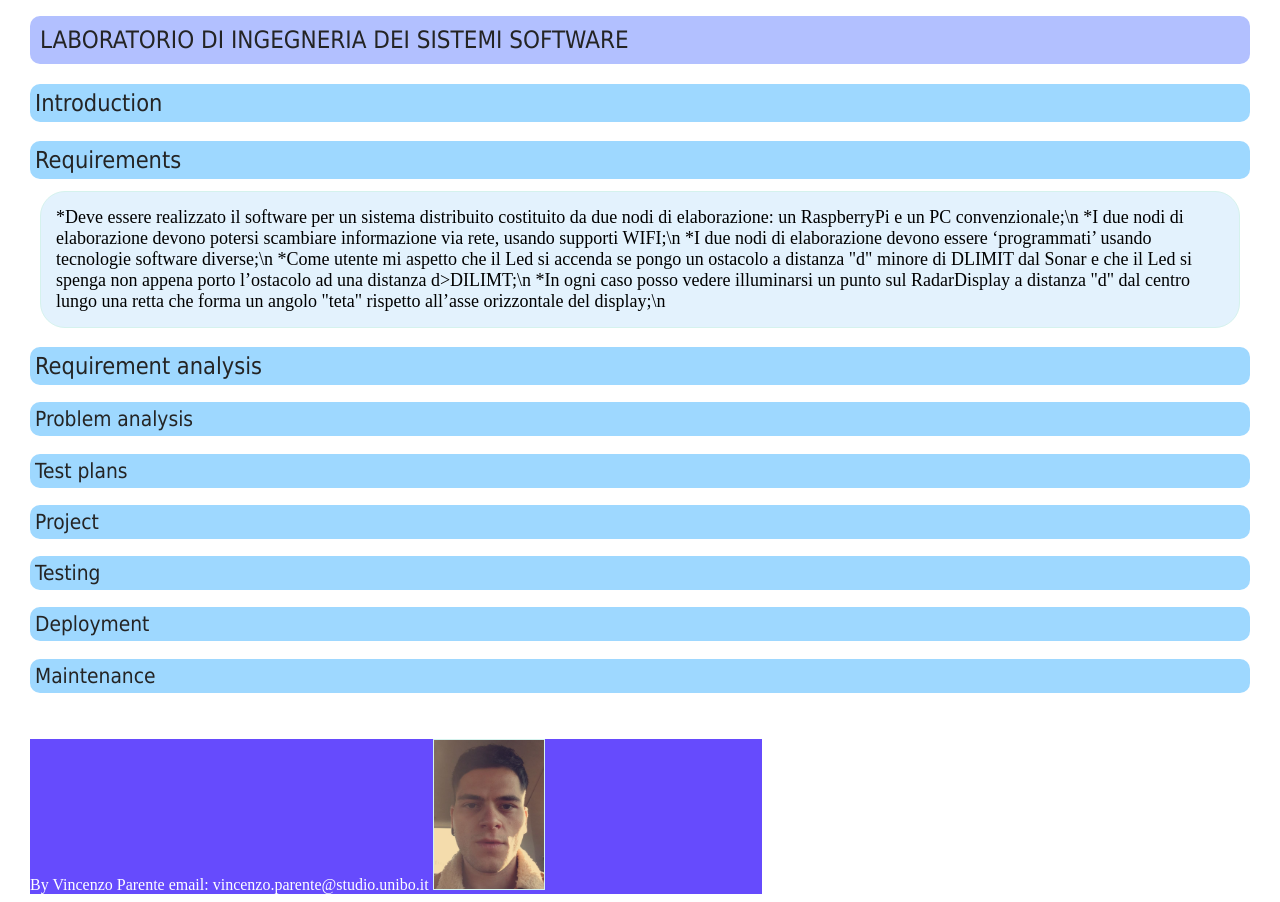
Repository: ParenteVincenzo/iss2022
Page: it.unibo.radarSystem22/userDocs/radarSystem22.html
An editor plug-in stored every save of this project. The page is shown before and after the next save, followed by the edit.
The browser window is 1280 px wide. The pictures show the whole page.

Above is the page before, as saved 2022-03-06 16:52:18.

After the next save:
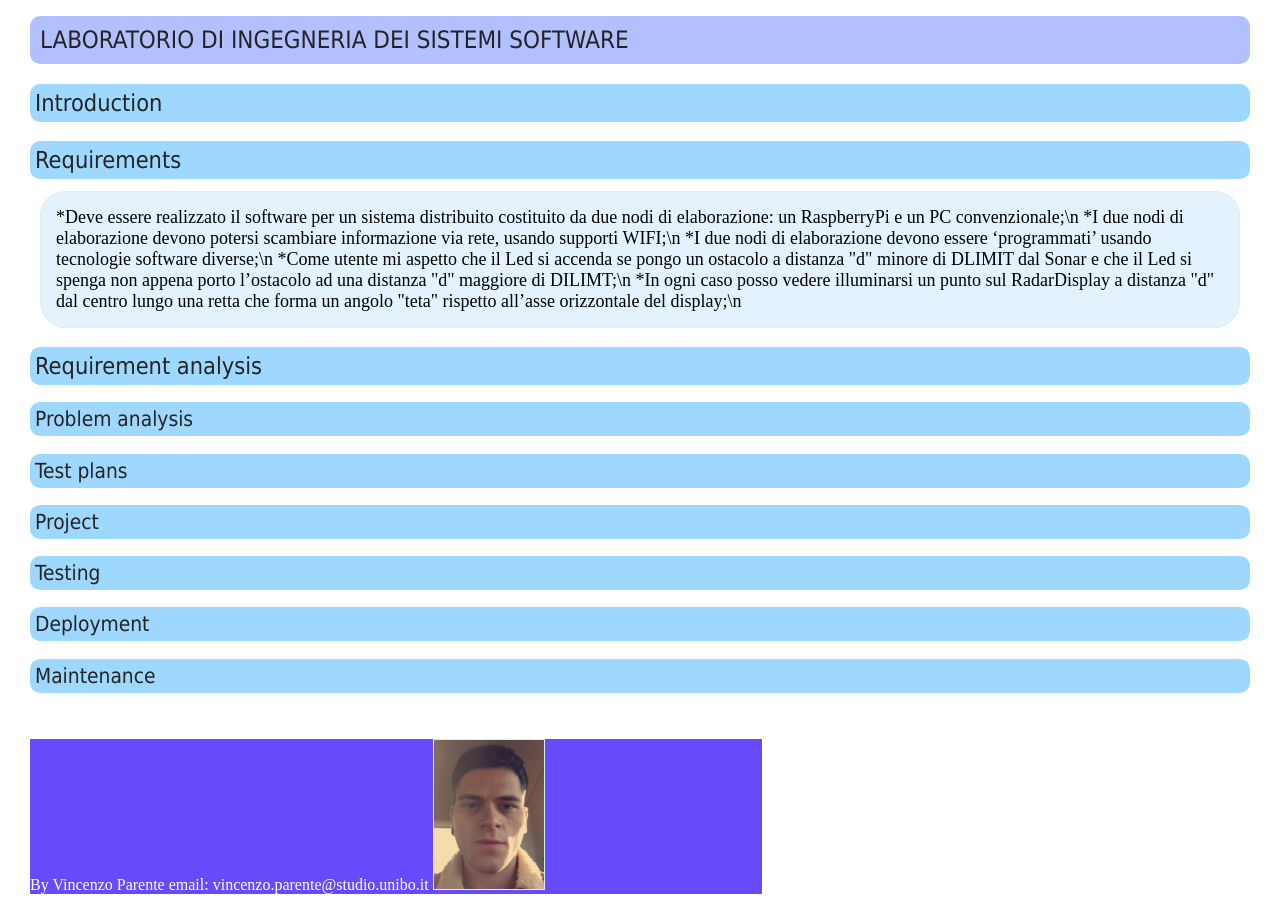
Saved 13 s later.
--- a/it.unibo.radarSystem22/userDocs/radarSystem22.html
+++ b/it.unibo.radarSystem22/userDocs/radarSystem22.html
@@ -207,7 +207,7 @@ div.imagedesc{
 *Deve essere realizzato il software per un sistema distribuito costituito da due nodi di elaborazione: un RaspberryPi e un PC convenzionale;\n
 *I due nodi di elaborazione devono potersi scambiare informazione via rete, usando supporti WIFI;\n
 *I due nodi di elaborazione devono essere ‘programmati’ usando tecnologie software diverse;\n
-*Come utente mi aspetto che il Led si accenda se pongo un ostacolo a distanza "d" minore di DLIMIT dal Sonar e che il Led si spenga non appena porto l’ostacolo ad una distanza d>DILIMT;\n
+*Come utente mi aspetto che il Led si accenda se pongo un ostacolo a distanza "d" minore di DLIMIT dal Sonar e che il Led si spenga non appena porto l’ostacolo ad una distanza "d" maggiore di DILIMT;\n
 *In ogni caso posso vedere illuminarsi un punto sul RadarDisplay a distanza "d" dal centro lungo una retta che forma un angolo "teta" rispetto all’asse orizzontale del display;\n
 </div>
 
